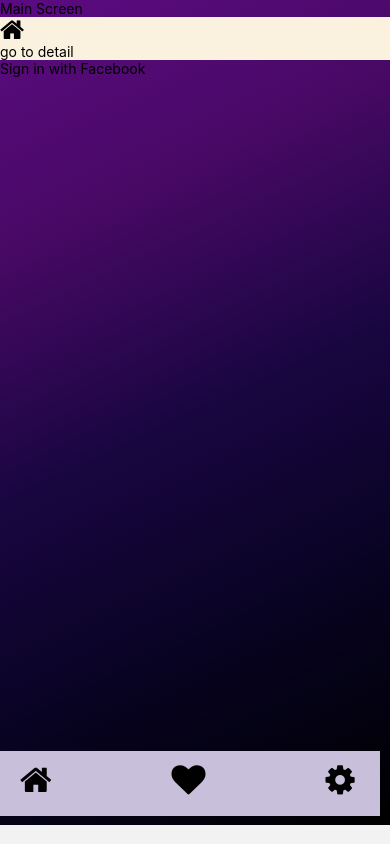
Repository: eyebone/barManager
Screen: /Main
These files come from the project's save history. The screen is drawn as it stood at one moment and after a run of saves; the edit follows.
The app was drawn by React Native's web renderer in a window 390 px wide. The project was rebuilt for these pictures with package versions that can differ from the ones it lists, and the page was loaded fresh each time. Some packages were replaced by stand-ins written for this rebuild. Also part of the build but not shown: components/EmojiPicker.js, components/Button.js, components/ImageViewer.js, components/circleButton.js, components/IconButton.js, view/ViewOne.js, view/Sign.js.

Above is the screen before, as saved 2023-06-27 09:35:16.

### App.js
// In App.js in a new project

import * as React from "react";
import { Button, View, Text, StyleSheet, Pressable, Alert } from "react-native";
import { NavigationContainer } from "@react-navigation/native";
import { createNativeStackNavigator } from "@react-navigation/native-stack";
import { ViewOne } from "./view/ViewOne";
import { SignView } from "./view/Sign";
import { LinearGradient } from "expo-linear-gradient";
import FontAwesome from "react-native-vector-icons/FontAwesome";
import { MainView } from "./view/Main";
import { NavigationBar } from "./components/NavigationBar";


function HomeScreen({ navigation }) {
  return (
    <View style={styles.container}>
      <LinearGradient
        start={{ x: 0, y: 0 }}
        end={{ x: 1, y: 1 }}
        colors={["#5c0b82", "#480965", "#190641", "#070320", "#000000"]}
        style={styles.linearGradient}
      >
        <Text>Home Screen</Text>
        <Pressable
          style={(styles.button, { backgroundColor: "#faf2de" })}
          onPress={() => navigation.push("test")}
        >
          <FontAwesome name="home" size={26} style={{ paddingRight: 8 }} />
          <Text>go to detail</Text>
        </Pressable>

        <Button
          title="Go to Sign"
          onPress={() => navigation.navigate("sign")}
        />
        <Text style={styles.buttonText}>Sign in with Facebook</Text>
      </LinearGradient>
    </View>
  );
}

const Stack = createNativeStackNavigator();

function App() {
  return (
    <NavigationContainer style={styles.container}>
      <Stack.Navigator initialRouteName="Home">
        <Stack.Screen
          name="Home"
          component={HomeScreen}
          // options={{ title: "Overview", backgroundColor: "transparent" }}
          options={{ headerShown: false }}
        />

        <Stack.Screen name="test" component={ViewOne} />
        <Stack.Screen
          name="sign"
          component={SignView}
          options={{ headerShown: false }}
        />
        <Stack.Screen
          name="Main"
          component={MainView}
          options={{ headerShown: false }}
        />
      </Stack.Navigator>
    </NavigationContainer>
  );
}

export default App;

const styles = StyleSheet.create({
  container: {
    flex: 1,
    flexDirection: "column",
    backgroundColor: "#000000",
    //    alignItems: 'center',
  },
  linearGradient: {
    height: 740,
  },
  button: {
    borderRadius: 10,
    width: 300,
    height: 30,
    alignItems: "center",
    justifyContent: "center",
    flexDirection: "row",
  },
  mainlinearGradient: {
    height: 825,
  },
  bar: {
    width: 380,
    height: 65,
    backgroundColor: "#C8BFDB",
    marginTop: 674,
    flexDirection: "row",
  },
});

### view/Main.js
// 这是主界面

import { useState } from "react";
import { StatusBar } from "expo-status-bar";
import { StyleSheet, View } from "react-native";
import * as ImagePicker from "expo-image-picker";
import EmojiPicker from "../components/EmojiPicker";
import Button from "../components/Button";
import ImageViewer from "../components/ImageViewer";
import CircleButton from "../components/circleButton";
import IconButton from "../components/IconButton";
import { NavigationContainer } from "@react-navigation/native";
import { createNativeStackNavigator } from "@react-navigation/native-stack";
import { Text, Pressable } from "react-native";
import { NavigationBar } from "../components/NavigationBar";
import { LinearGradient } from "expo-linear-gradient";
import FontAwesome from "react-native-vector-icons/FontAwesome";

export function MainView({ navigation }) {
  return (
    <LinearGradient
      start={{ x: 0, y: 0 }}
      end={{ x: 1, y: 1 }}
      colors={["#5c0b82", "#480965", "#190641", "#070320", "#000000"]}
      style={styles.mainlinearGradient}
    >
      <Text>Main Screen</Text>
      <Pressable
        style={(styles.button, { backgroundColor: "#faf2de" })}

      >
        <FontAwesome name="home" size={26} style={{ paddingRight: 8 }} />
        <Text>go to detail</Text>
      </Pressable>


      <Text style={styles.buttonText}>Sign in with Facebook</Text>

      <NavigationBar navigation={navigation}/>
    </LinearGradient>
  );
}

const styles = StyleSheet.create({
  mainlinearGradient: {
    height: 825,
  },

});

### components/NavigationBar.js
//这是底部导航栏
import { StatusBar } from "expo-status-bar";
import { StyleSheet, View, Text } from "react-native";
import Button from "../components/Button";
import ImageViewer from "../components/ImageViewer";
import * as ImagePicker from "expo-image-picker";
import { useState } from "react";
const PlaceholderImage = require("../assets/images/background-image.png");
import * as React from "react";
import FontAwesome from "react-native-vector-icons/FontAwesome";
import {
  FlatList,
  Image,
  Platform,
  Pressable,
  PixelRatio,
  TextInput,
  Alert,
} from "react-native";
import { NavigationContainer } from "@react-navigation/native";
import { createNativeStackNavigator } from "@react-navigation/native-stack";
import { LinearGradient } from "expo-linear-gradient";
import CircleButton from "./circleButton";
export function NavigationBar({ navigation }) {
  return (
    <View style={styles.bar}>
      <Pressable
        style={{ marginLeft: 20, marginTop: 12 }}
        onPress={() => navigation.push("Home")}
      >
        <FontAwesome name="home" size={34}></FontAwesome>
      </Pressable>
      <Pressable>
        <FontAwesome
          name="heart"
          size={34}
          style={{ marginLeft: 120, marginTop: 12 }}
        ></FontAwesome>
      </Pressable>
      {/* <CircleButton /> */}
      <Pressable>
        <FontAwesome
          name="cog"
          size={34}
          style={{ marginLeft: 120, marginTop: 12 }}
        ></FontAwesome>
      </Pressable>
    </View>
  );
}

const styles = StyleSheet.create({
  bar: {
    width: 380,
    height: 65,
    backgroundColor: "#C8BFDB",
    marginTop: 674,
    flexDirection: "row",
  },
});

After the next 2 saves:
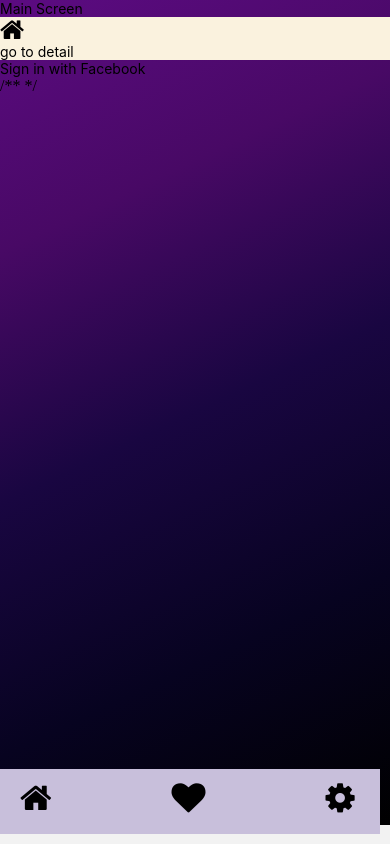
The 2 saves are shown as one change because they came seconds apart.
The last was saved 10 s later.
--- a/view/Main.js
+++ b/view/Main.js
@@ -35,7 +35,7 @@ export function MainView({ navigation }) {
 
 
       <Text style={styles.buttonText}>Sign in with Facebook</Text>
-
+      /** */
       <NavigationBar navigation={navigation}/>
     </LinearGradient>
   );
